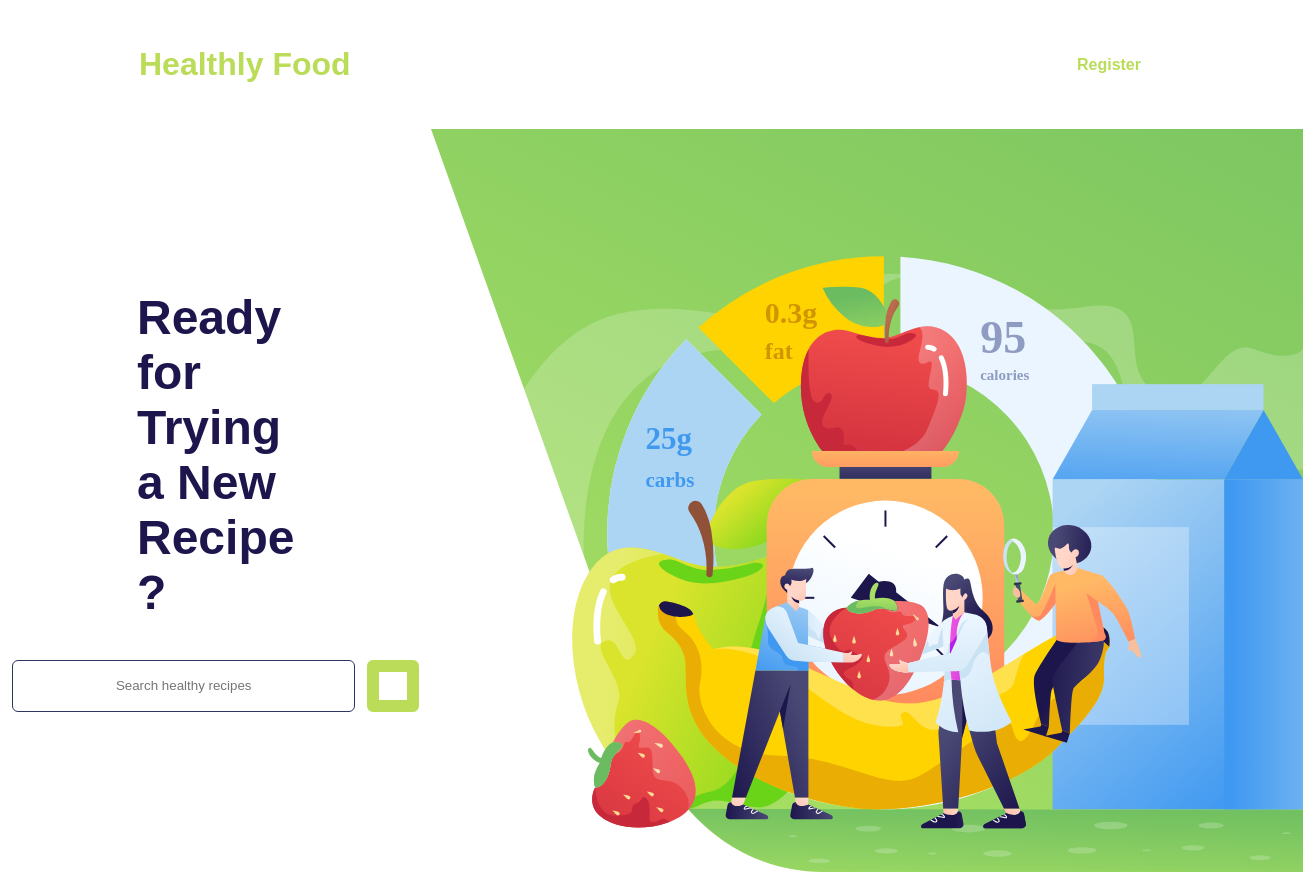
Repository: LuccaCasalecchi/HealthyFood
Page: /
These files come from the project's save history. The page is drawn as it stood at one moment and after the next save; the edit follows.
The browser window is 1280 px wide. The page is 1303 px wide, so the pictures cover 1303 px, including what lies to the right of the window. The pictures show the whole page.
The project was rebuilt for these pictures with package versions that can differ from the ones it lists, and the page was loaded fresh each time.

Above is the page before, as saved 2021-08-18 15:52:19.

### src/App.js
import React from 'react'
import LandingPage from './pages/LandingPage/LandingPage';

function App() {
  return (
    <div className="App">
      <LandingPage/>
    </div>
  );
}

export default App;

### src/pages/LandingPage/LandingPage.jsx
import React from "react";
import Header from "../../components/Header/Header";
import Illustration from "../../images/Illustration.svg";
import Input from "../../components/Input/Input";
import "./LandingPage.css";

export default function LandingPage() {
  return (
    <>
      <Header />
      <div className="search-recipes">
        <div className="subtitle">
          <h2>Ready for<br />Trying a New<br />Recipe ?</h2>
          <div className="input-container">
          <Input/>
          </div>
        </div>
        <img src={Illustration} alt="" />
      </div>
    </>
  );
}

### src/components/Header/Header.jsx
import React from 'react'
import './Header.css'

export default function Header() {
  return (
    <div className="header-container">
        <a href="#" className="logo">Healthly Food</a>
        <a href="#" className="register">Register</a>
    </div>
  )
}

### src/components/Input/Input.jsx
import React from 'react'
import './Input.css'

export default function Input() {
  return (
    <div className="input-container">
      <input
      type="text"
      placeholder="Search healthy recipes"/>

      <button></button>
    </div>
  )
}

### src/pages/LandingPage/LandingPage.css
* {
  margin: 0;
  padding: 0;
  box-sizing: border-box;
  font-family: sans-serif;
}

.search-recipes {
  display: flex;
  justify-content: space-between;
  align-items: center;
}

.subtitle {
  display: flex;
  justify-content: center;
  align-items: center;
  flex-direction: column;
}

.subtitle h2 {
  font-size: 48px;
  color: #1d164d;
  text-align: left;
  padding: 0px 137px 40px;
}

### src/components/Header/Header.css
.header-container{
  display: flex;
  justify-content: space-between;
  align-items: center;
  padding: 46px 0;
}

.header-container a {
  text-decoration: none;
  color: #BADC58;
  font-weight: 700;
  padding: 0 139px;
}

.header-container .logo{
  font-size: 32px;

}

.header-container .register{
  font-size: 16px;

}

### src/components/Input/Input.css
.input-container{
  display: flex;
  justify-content: center;
  align-items: center;
  padding: 0px;
}

input{
  width: 343px;
  height: 52px;
  border-radius: 6px;
  border: 1px solid #2D3561;
  text-align: center;
}

button{
  width: 52px;
  height: 52px;
  background-color: white;
  border: 12px solid #BADC58;
  border-radius: 6px;
  padding: 0px 12px;
  margin-left: 12px;
}

### src/components/Recipes/Recipes.jsx
import React from "react";
import './Recipes.css'

export default function Recipes() {
  return (
    <>
      <div className="titles">
        <h3>Our Best Recipes</h3>
        <p>
          Far far away, behind the word mountains, far from the countries
          Vokalia and Consonantia, there live the blind texts
        </p>
      </div>
    </>
  );
}

### src/components/Recipes/Recipes.css
body{
  background-color: rgb(205, 255, 248);
}

Loaded but not shown: public/index.html (common file); src/index.js (common file)

After the next save:
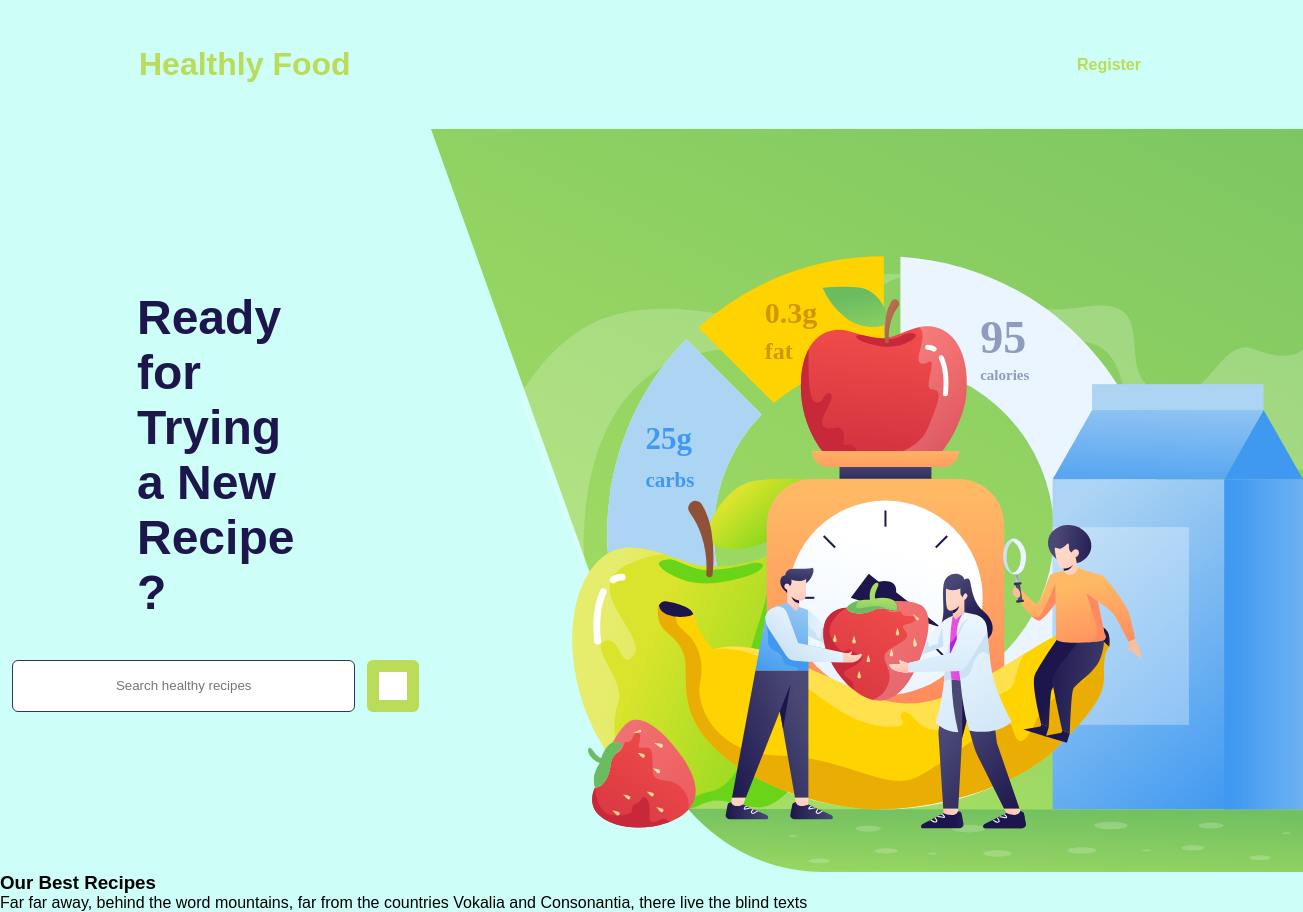
Saved 44 s later.
--- a/src/pages/LandingPage/LandingPage.jsx
+++ b/src/pages/LandingPage/LandingPage.jsx
@@ -3,6 +3,7 @@ import Header from "../../components/Header/Header";
 import Illustration from "../../images/Illustration.svg";
 import Input from "../../components/Input/Input";
 import "./LandingPage.css";
+import Recipes from "../../components/Recipes/Recipes";
 
 export default function LandingPage() {
   return (
@@ -17,6 +18,7 @@ export default function LandingPage() {
         </div>
         <img src={Illustration} alt="" />
       </div>
+      <Recipes/>
     </>
   );
 }
